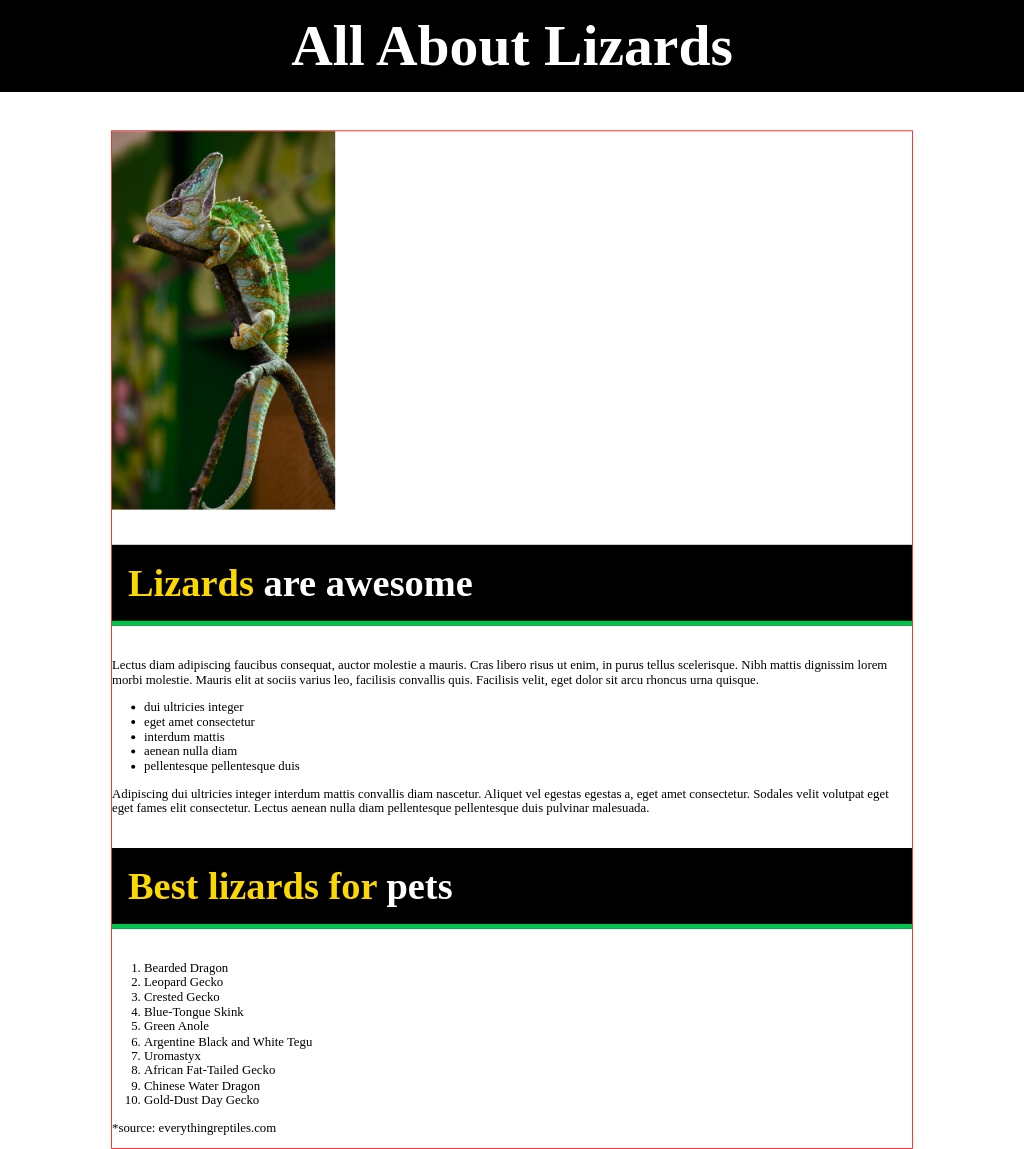
Repository: Doumham-Armah/lizards-landing--page
Page: index.html
The author's editor kept a copy of each file at every save. The page is drawn from the files as they stood at one save, then again after the next save.
The browser window is 1280 px wide. The pictures show the whole page, at 80% of full size.

Above is the page before, as saved 2021-08-10 14:43:03.

After the next save:
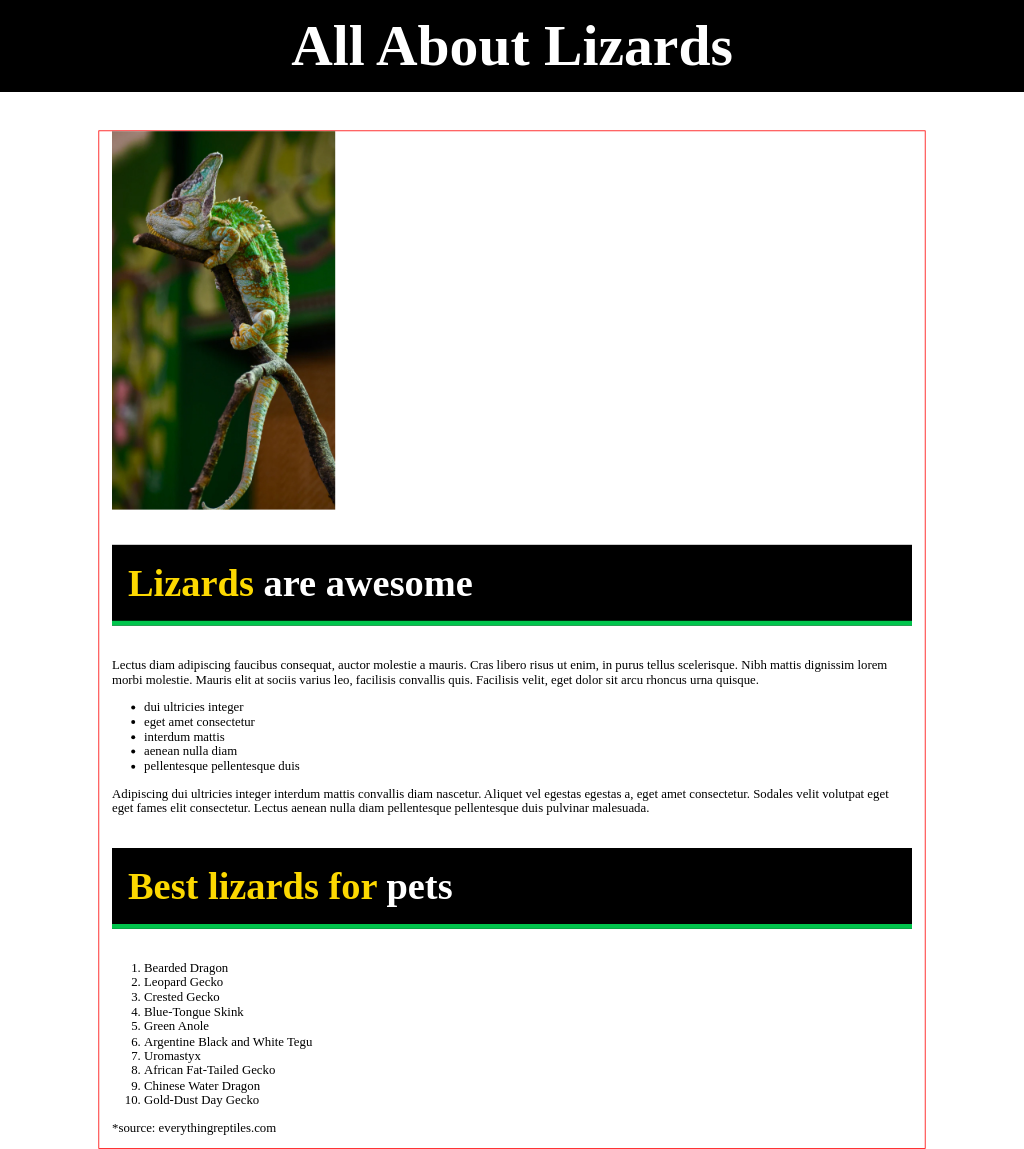
Saved 76 s later.
--- a/css/style.css
+++ b/css/style.css
@@ -27,4 +27,5 @@ h1 {
   border: 1px solid red;
   max-width: 62.5rem;
   margin: 0 auto;
+  padding: 0rem 1rem;
 }
